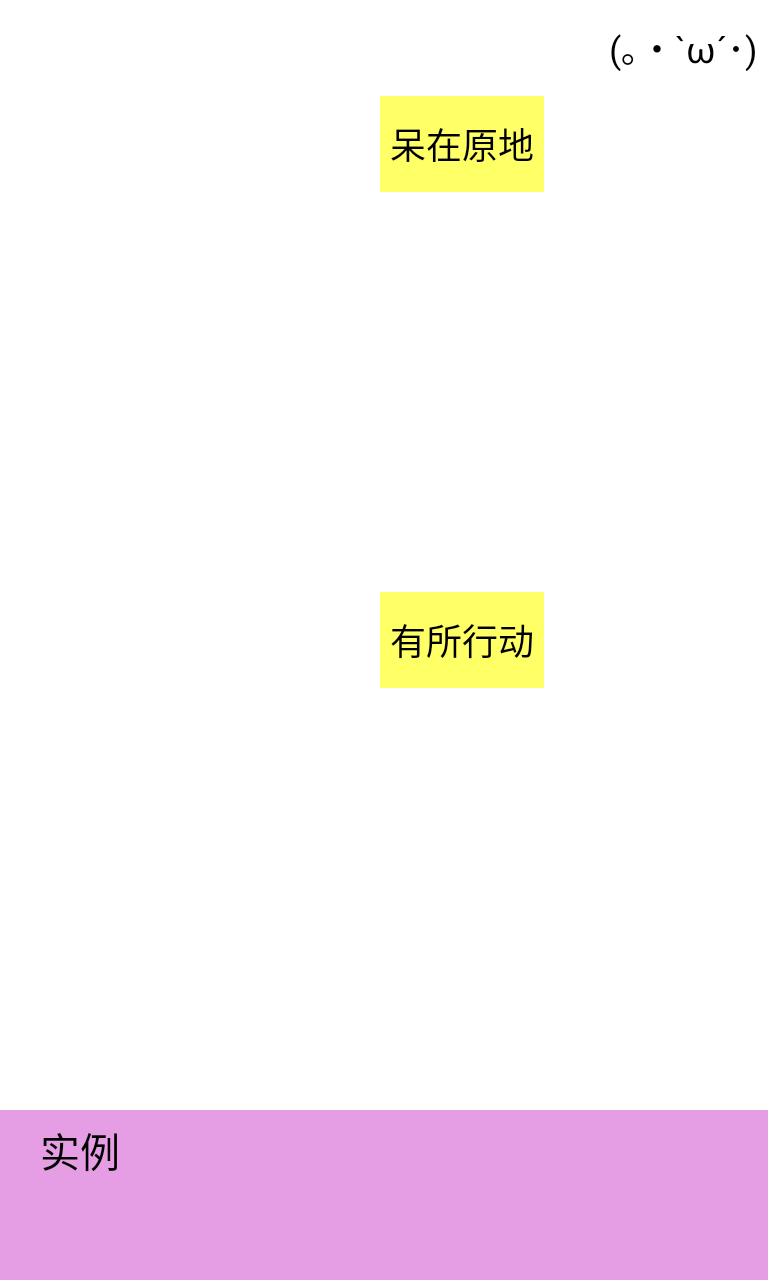
Repository: GuardLDW/HERO
Layout: GuardLDW/res/layout/game.xml
These files come from the project's save history. The layout is drawn as it stood at one moment and after the next save; the edit follows.
It is drawn on a 768 x 1280 px phone screen (xhdpi) without system bars, with theme AppTheme; the app's code is not run.

Above is the layout before, as saved 2016-12-07 11:18:51.

After the next save:
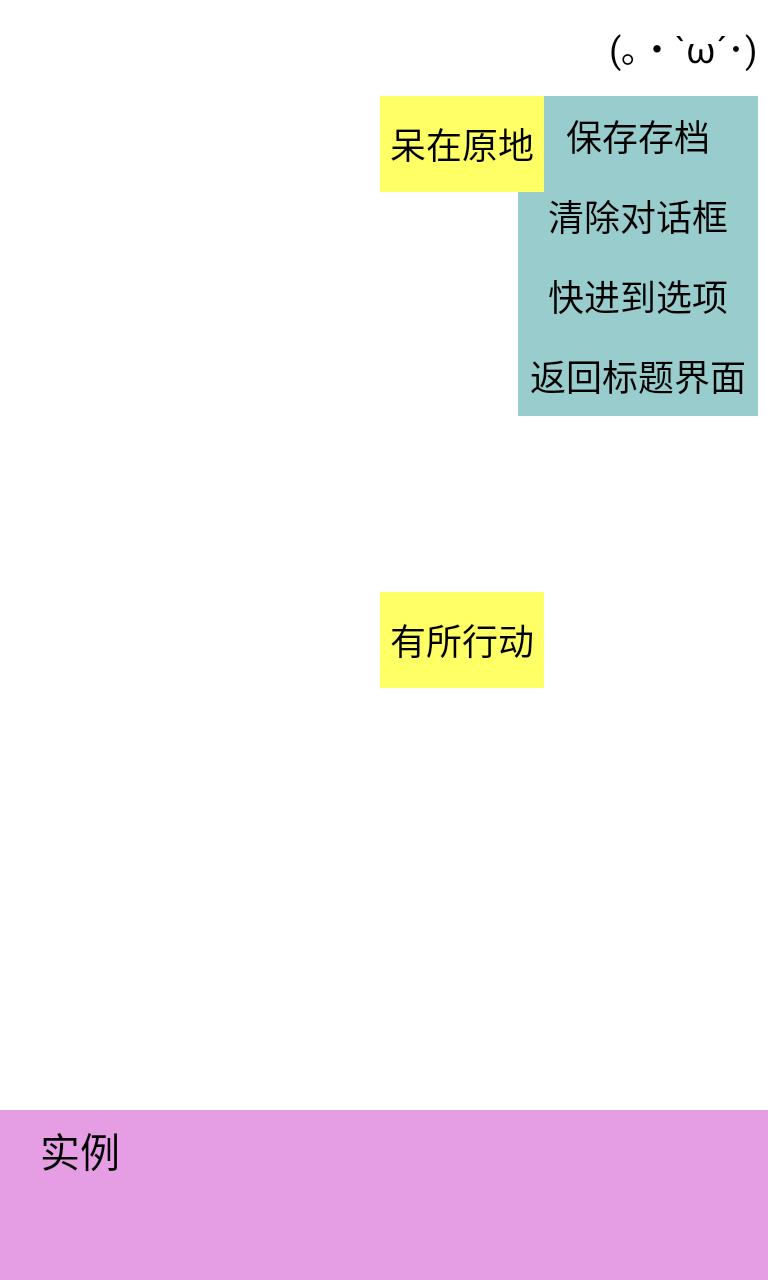
Saved 113 s later.
--- a/GuardLDW/res/layout/game.xml
+++ b/GuardLDW/res/layout/game.xml
@@ -43,7 +43,6 @@
         android:layout_alignRight="@+id/button_startgameset"
         android:layout_below="@+id/button_startgameset"
         android:background="#99CCCC"
-        android:visibility="gone"
         android:text="保存存档" />
 
     <Button
@@ -53,7 +52,6 @@
         android:layout_alignRight="@+id/button_startgameset"
         android:layout_below="@+id/button_save"
         android:background="#99CCCC"
-        android:visibility="gone"
         android:text="清除对话框" />
 
     <Button
@@ -66,7 +64,6 @@
         android:layout_marginRight="5dp"
         android:paddingLeft="5dp"
         android:paddingRight="5dp"
-        android:visibility="gone"
         android:text="快进到选项" />
 
     <Button
@@ -78,7 +75,6 @@
         android:layout_marginRight="5dp"
         android:background="#99CCCC"
         android:minWidth="110dp"
-        android:visibility="gone"
         android:text="返回标题界面" />
 
     <Button
